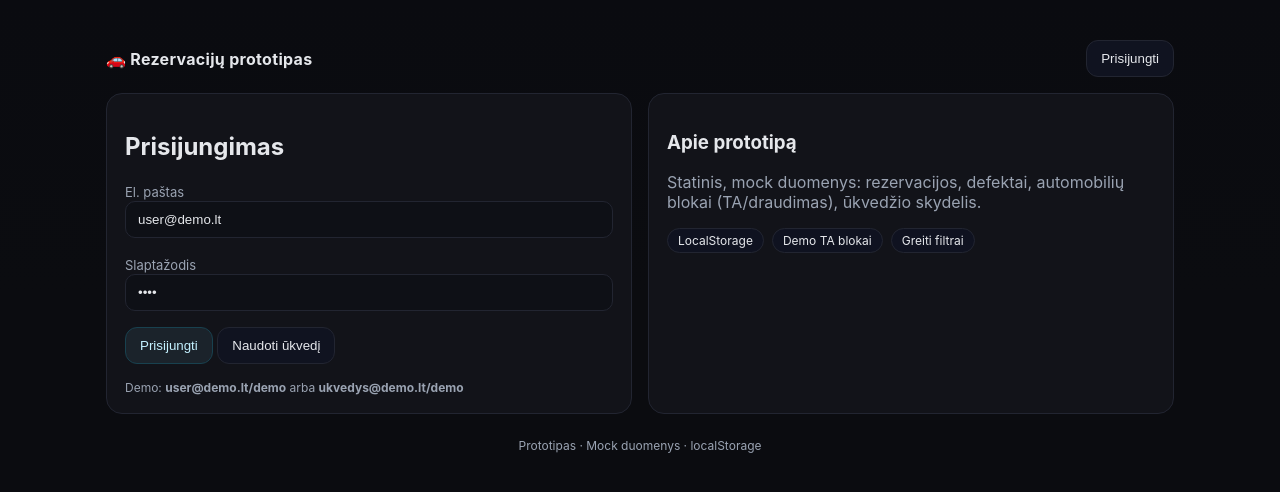
Repository: Dudalypas/fleet-prototype
Page: index.html
An editor plug-in stored every save of this project. The page is shown before and after the next save, followed by the edit.
The browser window is 1280 px wide. The pictures show the whole page.

Above is the page before, as saved 2025-11-29 09:04:08.

### index.html
<!DOCTYPE html>
<html lang="lt">
<head>
  <meta charset="UTF-8" />
  <title>Transporto rezervacijos prototipas</title>
  <meta name="viewport" content="width=device-width, initial-scale=1" />
  <style>
    :root{
      --bg:#0b0c10; --card:#121319; --muted:#9aa3b2; --text:#e5e7eb; --acc:#7dd3fc; --acc2:#34d399; --warn:#f59e0b; --danger:#ef4444; --ok:#22c55e; --border:#222531;
    }
    *{box-sizing:border-box}
    body{margin:0;font-family:Inter,system-ui,Segoe UI,Roboto,Arial,sans-serif;background:linear-gradient(180deg,#0a0b10,#0b0c10 60%);color:var(--text)}
    .container{max-width:1100px;margin:40px auto;padding:0 16px}
    header{display:flex;align-items:center;justify-content:space-between;margin-bottom:16px}
    .brand{font-weight:700;letter-spacing:.3px}
    .card{background:var(--card);border:1px solid var(--border);border-radius:16px;padding:18px}
    .grid{display:grid;gap:16px}
    .grid.cols-2{grid-template-columns:1fr 1fr}
    .grid.cols-3{grid-template-columns:repeat(3,1fr)}
    .muted{color:var(--muted)}
    .badge{display:inline-flex;gap:6px;align-items:center;border:1px solid var(--border);border-radius:999px;padding:4px 10px;font-size:12px}
    .btn{display:inline-flex;align-items:center;gap:8px;background:#101320;border:1px solid var(--border);color:var(--text);padding:10px 14px;border-radius:12px;cursor:pointer;transition:all .15s}
    .btn:hover{border-color:#2b2f3d;transform:translateY(-1px)}
    .btn.acc{background:rgba(125,211,252,.08);border-color:#18414f;color:#c3f1ff}
    .btn.ok{background:rgba(52,211,153,.08);border-color:#164733;color:#d1fae5}
    .btn.warn{background:rgba(245,158,11,.08);border-color:#4a3814;color:#fde68a}
    .btn.danger{background:rgba(239,68,68,.08);border-color:#4f1e22;color:#fecaca}
    input,select,textarea{width:100%;background:#0e1016;border:1px solid var(--border);color:var(--text);padding:10px 12px;border-radius:10px;outline:none}
    label{font-size:13px;color:var(--muted)}
    .row{display:grid;gap:12px;grid-template-columns:1fr 1fr}
    .row-3{grid-template-columns:repeat(3,1fr)}
    .pill{padding:4px 10px;border-radius:999px;border:1px solid var(--border);font-size:12px}
    .status-free{color:#a7f3d0;background:rgba(16,185,129,.08)}
    .status-busy{color:#fecaca;background:rgba(248,113,113,.08)}
    nav.tabs{display:flex;gap:10px;flex-wrap:wrap;margin-bottom:14px}
    nav.tabs .t{padding:8px 12px;border:1px solid var(--border);border-radius:12px;cursor:pointer}
    nav.tabs .t.active{background:#151826}
    .list{display:grid;gap:12px}
    .car{display:flex;gap:16px}
    .car img{width:140px;height:90px;object-fit:cover;border-radius:10px;border:1px solid var(--border)}
    .right{margin-left:auto}
    .kpi{display:flex;gap:8px;flex-wrap:wrap}
    .kpi .pill{background:#0f1220}
    footer{margin-top:24px;text-align:center;color:var(--muted);font-size:12px}
    .center{display:flex;align-items:center;justify-content:center}
    .hidden{display:none}
    .table{width:100%;border-collapse:collapse}
    .table th,.table td{border-bottom:1px solid var(--border);padding:10px 8px;text-align:left}
    .table th{color:#aab1bf;font-weight:600}
    .mini{font-size:12px}
    .hl{color:#c3f1ff}
    .success{color:#bbf7d0}
    a{color:#93c5fd;text-decoration:none}
  </style>
</head>
<body>
  <div class="container">
    <header>
      <div class="brand">🚗 Rezervacijų prototipas</div>
      <div id="userArea" class="muted"></div>
    </header>

    <div id="view"></div>
    <footer>Prototipas · Mock duomenys · <span class="muted">localStorage</span></footer>
  </div>
  <script src="app.js"></script>
</body>
</html>

### style.css
    :root{
      --bg:#0b0c10; --card:#121319; --muted:#9aa3b2; --text:#e5e7eb; --acc:#7dd3fc; --acc2:#34d399; --warn:#f59e0b; --danger:#ef4444; --ok:#22c55e; --border:#222531;
    }
    *{box-sizing:border-box}
    body{margin:0;font-family:Inter,system-ui,Segoe UI,Roboto,Arial,sans-serif;background:linear-gradient(180deg,#0a0b10,#0b0c10 60%);color:var(--text)}
    .container{max-width:1100px;margin:40px auto;padding:0 16px}
    header{display:flex;align-items:center;justify-content:space-between;margin-bottom:16px}
    .brand{font-weight:700;letter-spacing:.3px}
    .card{background:var(--card);border:1px solid var(--border);border-radius:16px;padding:18px}
    .grid{display:grid;gap:16px}
    .grid.cols-2{grid-template-columns:1fr 1fr}
    .grid.cols-3{grid-template-columns:repeat(3,1fr)}
    .muted{color:var(--muted)}
    .badge{display:inline-flex;gap:6px;align-items:center;border:1px solid var(--border);border-radius:999px;padding:4px 10px;font-size:12px}
    .btn{display:inline-flex;align-items:center;gap:8px;background:#101320;border:1px solid var(--border);color:var(--text);padding:10px 14px;border-radius:12px;cursor:pointer;transition:all .15s}
    .btn:hover{border-color:#2b2f3d;transform:translateY(-1px)}
    .btn.acc{background:rgba(125,211,252,.08);border-color:#18414f;color:#c3f1ff}
    .btn.ok{background:rgba(52,211,153,.08);border-color:#164733;color:#d1fae5}
    .btn.warn{background:rgba(245,158,11,.08);border-color:#4a3814;color:#fde68a}
    .btn.danger{background:rgba(239,68,68,.08);border-color:#4f1e22;color:#fecaca}
    input,select,textarea{width:100%;background:#0e1016;border:1px solid var(--border);color:var(--text);padding:10px 12px;border-radius:10px;outline:none}
    label{font-size:13px;color:var(--muted)}
    .row{display:grid;gap:12px;grid-template-columns:1fr 1fr}
    .row-3{grid-template-columns:repeat(3,1fr)}
    .pill{padding:4px 10px;border-radius:999px;border:1px solid var(--border);font-size:12px}
    .status-free{color:#a7f3d0;background:rgba(16,185,129,.08)}
    .status-busy{color:#fecaca;background:rgba(248,113,113,.08)}
    nav.tabs{display:flex;gap:10px;flex-wrap:wrap;margin-bottom:14px}
    nav.tabs .t{padding:8px 12px;border:1px solid var(--border);border-radius:12px;cursor:pointer}
    nav.tabs .t.active{background:#151826}
    .list{display:grid;gap:12px}
    .car{display:flex;gap:16px}
    .car img{width:140px;height:90px;object-fit:cover;border-radius:10px;border:1px solid var(--border)}
    .right{margin-left:auto}
    .kpi{display:flex;gap:8px;flex-wrap:wrap}
    .kpi .pill{background:#0f1220}
    footer{margin-top:24px;text-align:center;color:var(--muted);font-size:12px}
    .center{display:flex;align-items:center;justify-content:center}
    .hidden{display:none}
    .table{width:100%;border-collapse:collapse}
    .table th,.table td{border-bottom:1px solid var(--border);padding:10px 8px;text-align:left}
    .table th{color:#aab1bf;font-weight:600}
    .mini{font-size:12px}
    .hl{color:#c3f1ff}
    .success{color:#bbf7d0}
    a{color:#93c5fd;text-decoration:none}

Loaded but not shown: app.js (532 lines, source omitted)

After the next save:
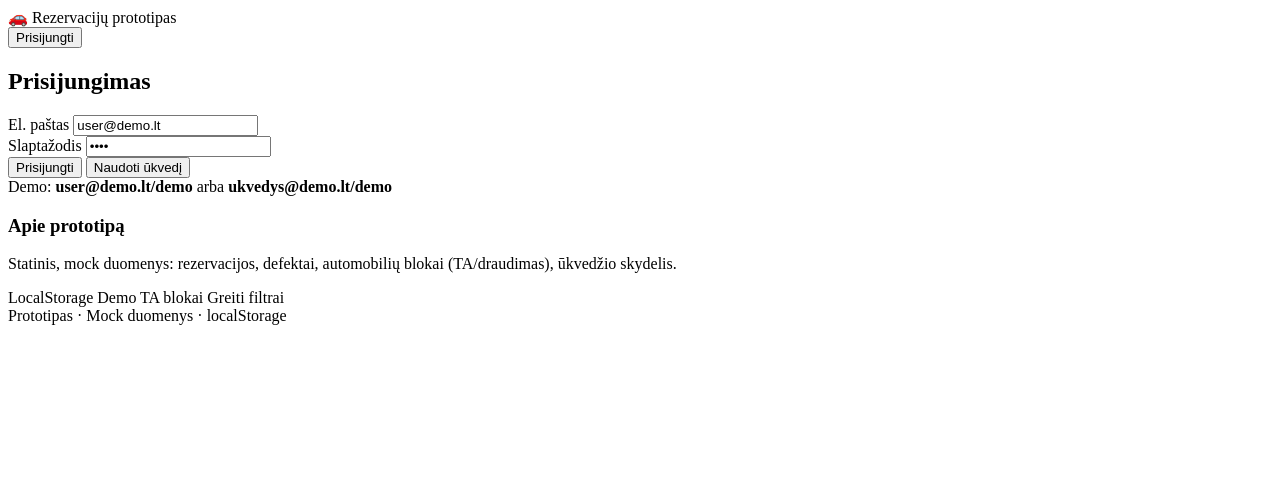
Not found: styles.css
Saved 95 s later.
--- a/index.html
+++ b/index.html
@@ -4,54 +4,7 @@
   <meta charset="UTF-8" />
   <title>Transporto rezervacijos prototipas</title>
   <meta name="viewport" content="width=device-width, initial-scale=1" />
-  <style>
-    :root{
-      --bg:#0b0c10; --card:#121319; --muted:#9aa3b2; --text:#e5e7eb; --acc:#7dd3fc; --acc2:#34d399; --warn:#f59e0b; --danger:#ef4444; --ok:#22c55e; --border:#222531;
-    }
-    *{box-sizing:border-box}
-    body{margin:0;font-family:Inter,system-ui,Segoe UI,Roboto,Arial,sans-serif;background:linear-gradient(180deg,#0a0b10,#0b0c10 60%);color:var(--text)}
-    .container{max-width:1100px;margin:40px auto;padding:0 16px}
-    header{display:flex;align-items:center;justify-content:space-between;margin-bottom:16px}
-    .brand{font-weight:700;letter-spacing:.3px}
-    .card{background:var(--card);border:1px solid var(--border);border-radius:16px;padding:18px}
-    .grid{display:grid;gap:16px}
-    .grid.cols-2{grid-template-columns:1fr 1fr}
-    .grid.cols-3{grid-template-columns:repeat(3,1fr)}
-    .muted{color:var(--muted)}
-    .badge{display:inline-flex;gap:6px;align-items:center;border:1px solid var(--border);border-radius:999px;padding:4px 10px;font-size:12px}
-    .btn{display:inline-flex;align-items:center;gap:8px;background:#101320;border:1px solid var(--border);color:var(--text);padding:10px 14px;border-radius:12px;cursor:pointer;transition:all .15s}
-    .btn:hover{border-color:#2b2f3d;transform:translateY(-1px)}
-    .btn.acc{background:rgba(125,211,252,.08);border-color:#18414f;color:#c3f1ff}
-    .btn.ok{background:rgba(52,211,153,.08);border-color:#164733;color:#d1fae5}
-    .btn.warn{background:rgba(245,158,11,.08);border-color:#4a3814;color:#fde68a}
-    .btn.danger{background:rgba(239,68,68,.08);border-color:#4f1e22;color:#fecaca}
-    input,select,textarea{width:100%;background:#0e1016;border:1px solid var(--border);color:var(--text);padding:10px 12px;border-radius:10px;outline:none}
-    label{font-size:13px;color:var(--muted)}
-    .row{display:grid;gap:12px;grid-template-columns:1fr 1fr}
-    .row-3{grid-template-columns:repeat(3,1fr)}
-    .pill{padding:4px 10px;border-radius:999px;border:1px solid var(--border);font-size:12px}
-    .status-free{color:#a7f3d0;background:rgba(16,185,129,.08)}
-    .status-busy{color:#fecaca;background:rgba(248,113,113,.08)}
-    nav.tabs{display:flex;gap:10px;flex-wrap:wrap;margin-bottom:14px}
-    nav.tabs .t{padding:8px 12px;border:1px solid var(--border);border-radius:12px;cursor:pointer}
-    nav.tabs .t.active{background:#151826}
-    .list{display:grid;gap:12px}
-    .car{display:flex;gap:16px}
-    .car img{width:140px;height:90px;object-fit:cover;border-radius:10px;border:1px solid var(--border)}
-    .right{margin-left:auto}
-    .kpi{display:flex;gap:8px;flex-wrap:wrap}
-    .kpi .pill{background:#0f1220}
-    footer{margin-top:24px;text-align:center;color:var(--muted);font-size:12px}
-    .center{display:flex;align-items:center;justify-content:center}
-    .hidden{display:none}
-    .table{width:100%;border-collapse:collapse}
-    .table th,.table td{border-bottom:1px solid var(--border);padding:10px 8px;text-align:left}
-    .table th{color:#aab1bf;font-weight:600}
-    .mini{font-size:12px}
-    .hl{color:#c3f1ff}
-    .success{color:#bbf7d0}
-    a{color:#93c5fd;text-decoration:none}
-  </style>
+<link rel="stylesheet" href="styles.css">
 </head>
 <body>
   <div class="container">

After the save that followed:
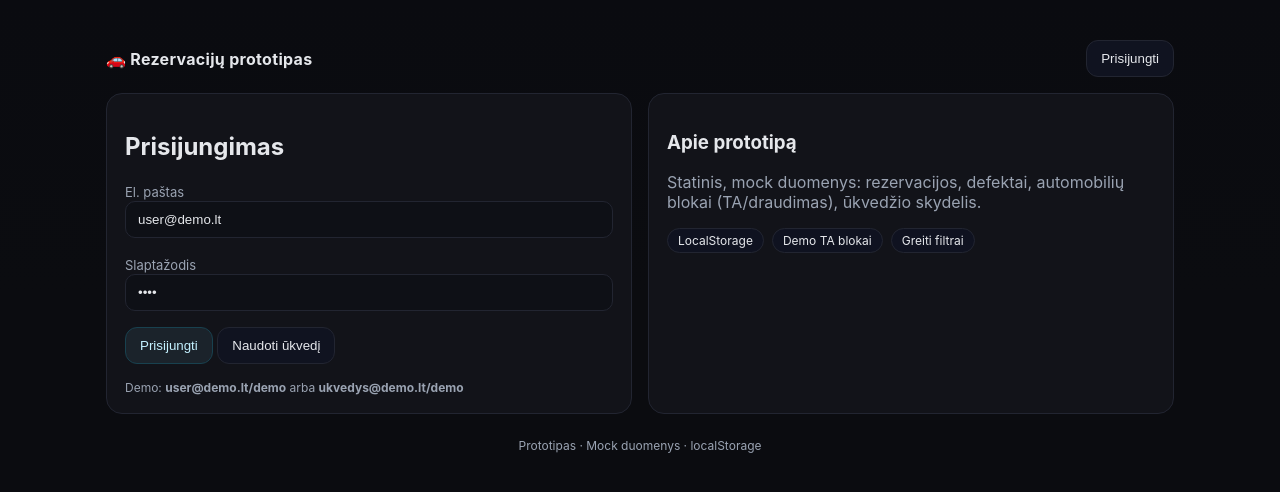
Saved 4 s later.
--- a/index.html
+++ b/index.html
@@ -4,7 +4,7 @@
   <meta charset="UTF-8" />
   <title>Transporto rezervacijos prototipas</title>
   <meta name="viewport" content="width=device-width, initial-scale=1" />
-<link rel="stylesheet" href="styles.css">
+  <link rel="stylesheet" href="style.css">
 </head>
 <body>
   <div class="container">
